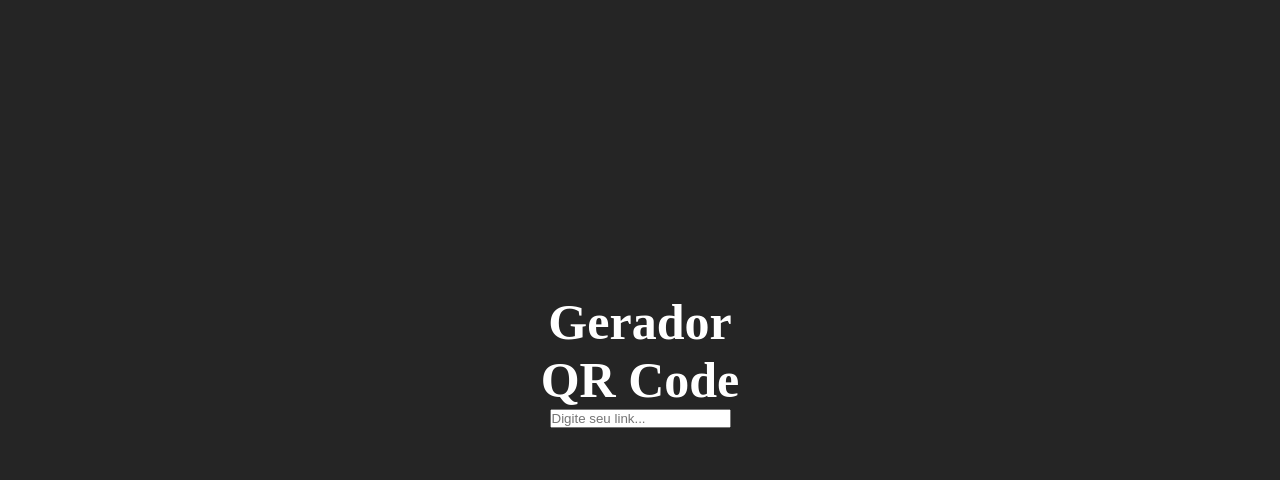
Repository: odiloalmeida/qrcode-generator
Page: /
The author's editor kept a copy of each file at every save. The page is drawn from the files as they stood at one save, then again after the next save.
The browser window is 1280 px wide. The pictures show the whole page.
The project was rebuilt for these pictures with package versions that can differ from the ones it lists, and the page was loaded fresh each time. Also part of the build but not shown: vite.config.js.

Above is the page before, as saved 2022-11-22 18:45:53.

### index.html
<!DOCTYPE html>
<html lang="pt-BR">
  <head>
    <meta charset="UTF-8" />
    <link rel="icon" type="image/svg+xml" href="/vite.svg" />
    <meta name="viewport" content="width=device-width, initial-scale=1.0" />
    <title>QrCode Generator</title>
  </head>
  <body>
    <div id="root"></div>
    <script type="module" src="/src/main.jsx"></script>
  </body>
</html>

### src/App.jsx
import { useState } from 'react'
import './App.css'

function App() {
  const [count, setCount] = useState(0)

  return (
    <div className="App">
      <div className='container-wrap'>
        <h1>Gerador</h1>
        <h1>QR Code</h1>
        <input
        className='input'
        placeholder='Digite seu link...'/>
      </div>
    </div>
  )
}

export default App

### src/App.css
* {
  padding: 0;
  margin: 0;
  box-sizing: border-box;
}

.container-wrap{
  background-color: #252525;
  color: #fff;
  display: flex;
  justify-content: center;
  align-items: center;
  flex-direction: column;
  width: 100vw;
  height: 100vh;
}

.container-wrap h1{
  font-size: 50px;
}

Loaded but not shown: src/main.jsx (common file)

After the next save:
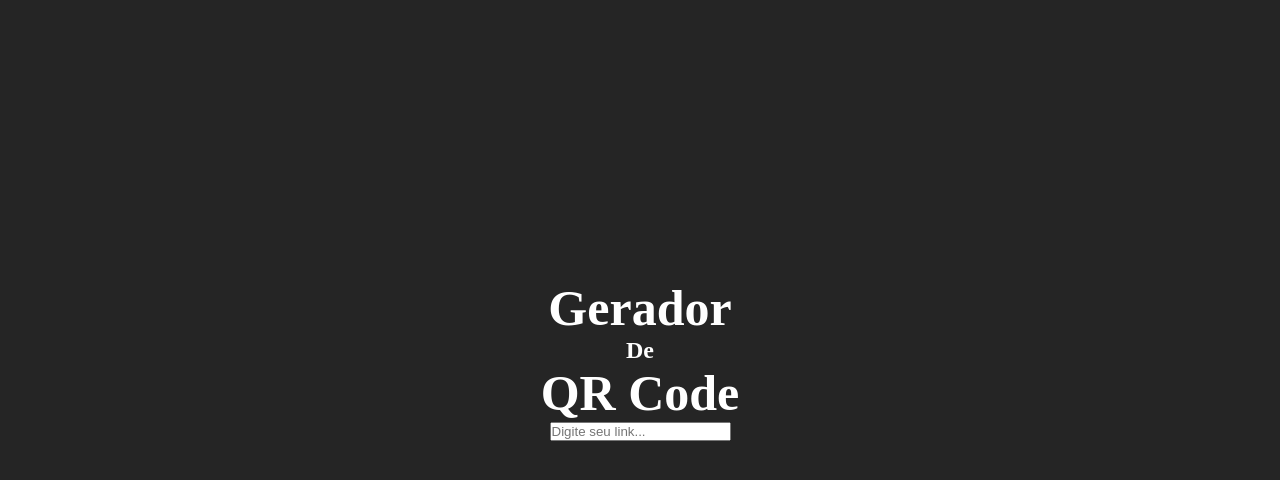
Saved 19 s later.
--- a/src/App.jsx
+++ b/src/App.jsx
@@ -8,6 +8,7 @@
     <div className="App">
       <div className='container-wrap'>
         <h1>Gerador</h1>
+        <h2>De</h2>
         <h1>QR Code</h1>
         <input
         className='input'
